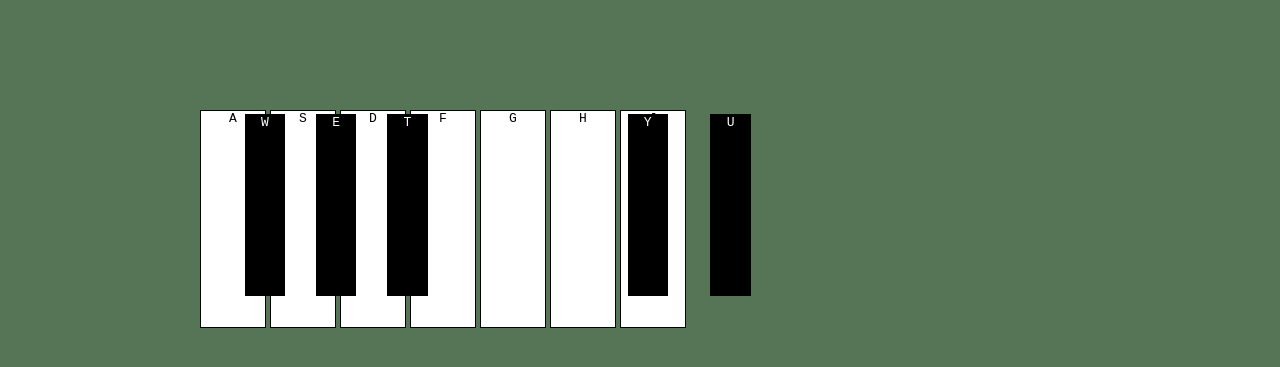
Repository: ctcoleman/Virtual-Piano
Page: index.html
These files come from the project's save history. The page is drawn as it stood at one moment and after a run of saves; the edit follows.
The browser window is 1280 px wide. The pictures show the whole page.

Above is the page before, as saved 2020-07-20 09:28:02.

### index.html
<!DOCTYPE html>
<html>

<head>
    <meta charset="utf-8">
    <link type="text/css" rel="stylesheet" href="./index.css">
    <title>Chris's Keyboard Piano</title>
</head>

<body>
    <div class="container">
        <div class="white-keys">
            <kbd class="white-key" id="KeyA">A</kbd>
            <kbd class="white-key" id="KeyS">S</kbd>
            <kbd class="white-key" id="KeyD">D</kbd>
            <kbd class="white-key" id="KeyF">F</kbd>
            <kbd class="white-key" id="KeyG">G</kbd>
            <kbd class="white-key" id="KeyH">H</kbd>
            <kbd class="white-key" id="KeyJ">J</kbd>
        </div>
        <div class="black-keys">
            <kbd class="black-key" id="KeyW">W</kbd>
            <kbd class="black-key" id="KeyE">E</kbd>
            <kbd class="black-key" id="KeyT">T</kbd>
            <kbd class="black-key" id="KeyY">Y</kbd>
            <kbd class="black-key" id="KeyU">U</kbd>
        </div>
    </div>
    <script src="./index.js"></script>
</body>

</html>

### index.css
/*
=== Basic Styling ===
 */
html {
    background: rgba(1, 46, 1, 0.664);
    color: black;
    box-sizing: border-box;
}

/*
=== Keyboard Styling ===
*/
.container {
    position: relative;
    width: 60vw;
    height: 30vh;
    margin: 15vh 15vw;
}
/*
=== White Keys Styling ===
*/
.white-keys {
    width: 70vw;
}
.white-keys .white-key {
    text-align: center;
    display: inline-block;
    width: 5vw;
    height: 30vh;
    background: white;
    border: 1px solid black;
}
/*
=== Black Keys Styling ===
*/
.black-keys {
    width: 70vw;
    position: relative;

}
.black-keys .black-key {
    position: relative;
    z-index: 1;
    top: -30vh;
    text-align: center;
    display: inline-block;
    width: 3vw;
    height: 25vh;
    background: black;
    color: white;
    border: 1px solid black;
}
#KeyW {
    left: 3.5vw;
}
#KeyE {
    left: 5.6vw;
}
#KeyT {
    left: 7.7vw;
}
#KeyY {
    left: 23vw;
}
#KeyU {
    left: 26vw;
}

### index.js
const aKey = document.getElementById('KeyA')
const sKey = document.getElementById('KeyS')
const dKey = document.getElementById('KeyD')
const fKey = document.getElementById('KeyF')
const gKey = document.getElementById('KeyG')
const hKey = document.getElementById('KeyH')
const jKey = document.getElementById('KeyJ')
const wKey = document.getElementById('KeyW')
const eKey = document.getElementById('KeyE')
const tKey = document.getElementById('KeyT')
const yKey = document.getElementById('KeyY')
const uKey = document.getElementById('KeyU')






const keys = [aKey, sKey, dKey, fKey, gKey, hKey, jKey, wKey, eKey, tKey, yKey, uKey]
console.log(keys)
document.addEventListener('keypress', (keyPressed) => {
    const key = keyPressed.code
    switch (key) {
        case keys[0].id:
            new Audio('./keys/A.mp3').play()
            break
        case keys[1].id:
            new Audio('./keys/S.mp3').play()
            break
        case keys[2].id:
            new Audio('./keys/D.mp3').play()
            break
        case keys[3].id:
            new Audio('./keys/F.mp3').play()
            break
        case keys[4].id:
            new Audio('./keys/G.mp3').play()
            break
        case keys[5].id:
            new Audio('./keys/H.mp3').play()
            break
        case keys[6].id:
            new Audio('./keys/J.mp3').play()
            break
        case keys[7].id:
            new Audio('./keys/W.mp3').play()
            break
        case keys[8].id:
            new Audio('./keys/E.mp3').play()
            break
        case keys[9].id:
            new Audio('./keys/T.mp3').play()
            break
        case keys[10].id:
            new Audio('./keys/Y.mp3').play()
            break
        case keys[11].id:
            new Audio('./keys/U.mp3').play()
            break
        default:
            console.log('Invalid Key Press')
    }
})

After the next 2 saves:
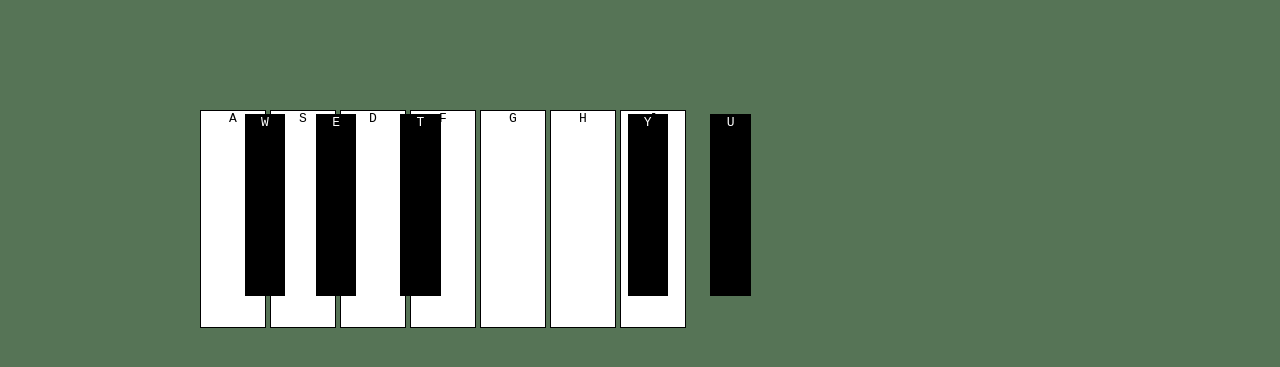
The 2 saves are shown as one change because they came seconds apart.
The last was saved 8 s later.
--- a/index.css
+++ b/index.css
@@ -57,7 +57,7 @@ html {
     left: 5.6vw;
 }
 #KeyT {
-    left: 7.7vw;
+    left: 8.7vw;
 }
 #KeyY {
     left: 23vw;
